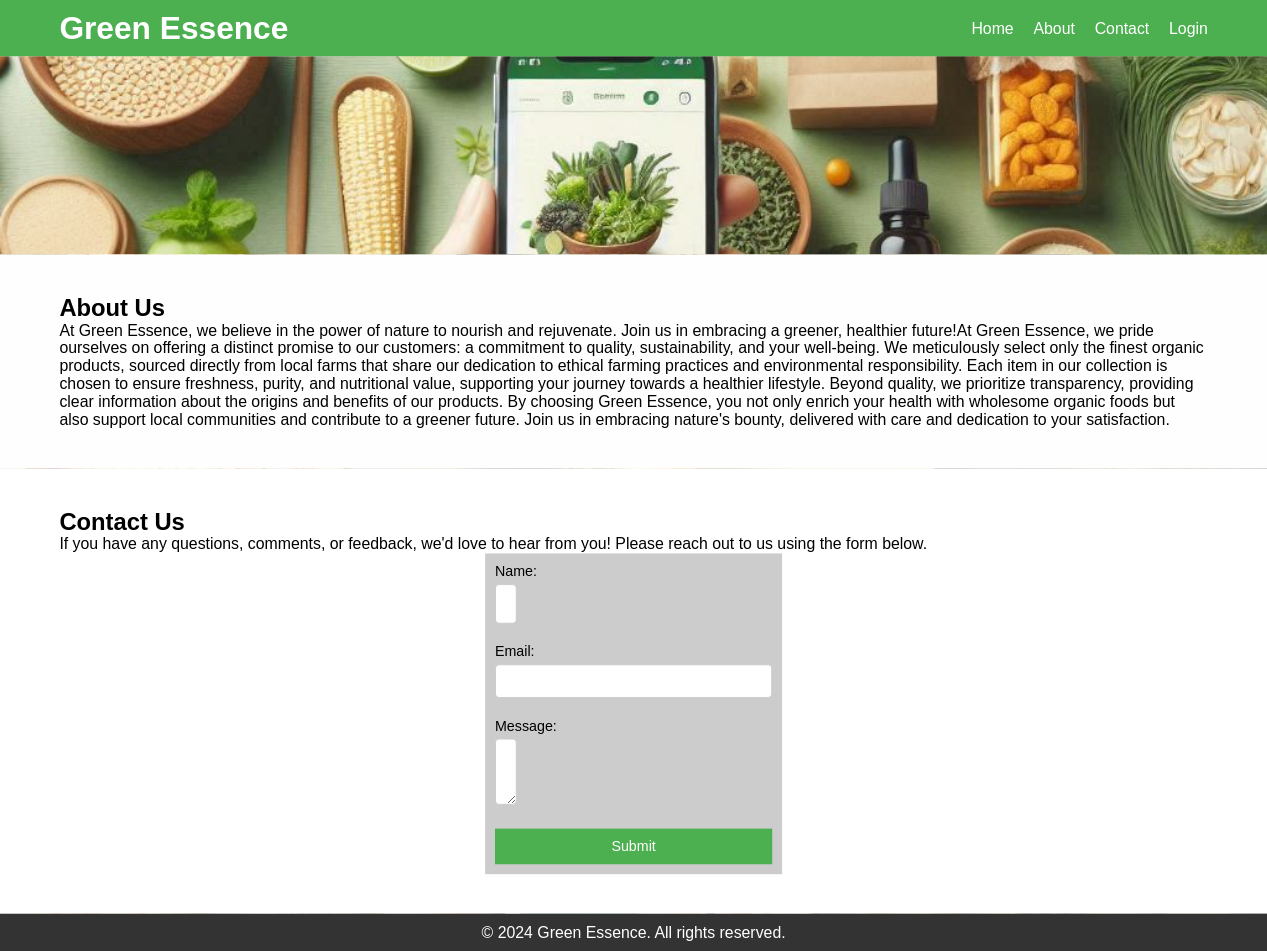
Repository: niki3210/Sahyadri
Page: Projectorganic/index.html
These files come from the project's save history. The page is drawn as it stood at one moment and after the next save; the edit follows.
The browser window is 1280 px wide. The pictures show the whole page, at 99% of full size.
Backgrounds fixed to the window are drawn as part of the page.

Above is the page before, as saved 2024-06-21 18:36:42.

After the next save:
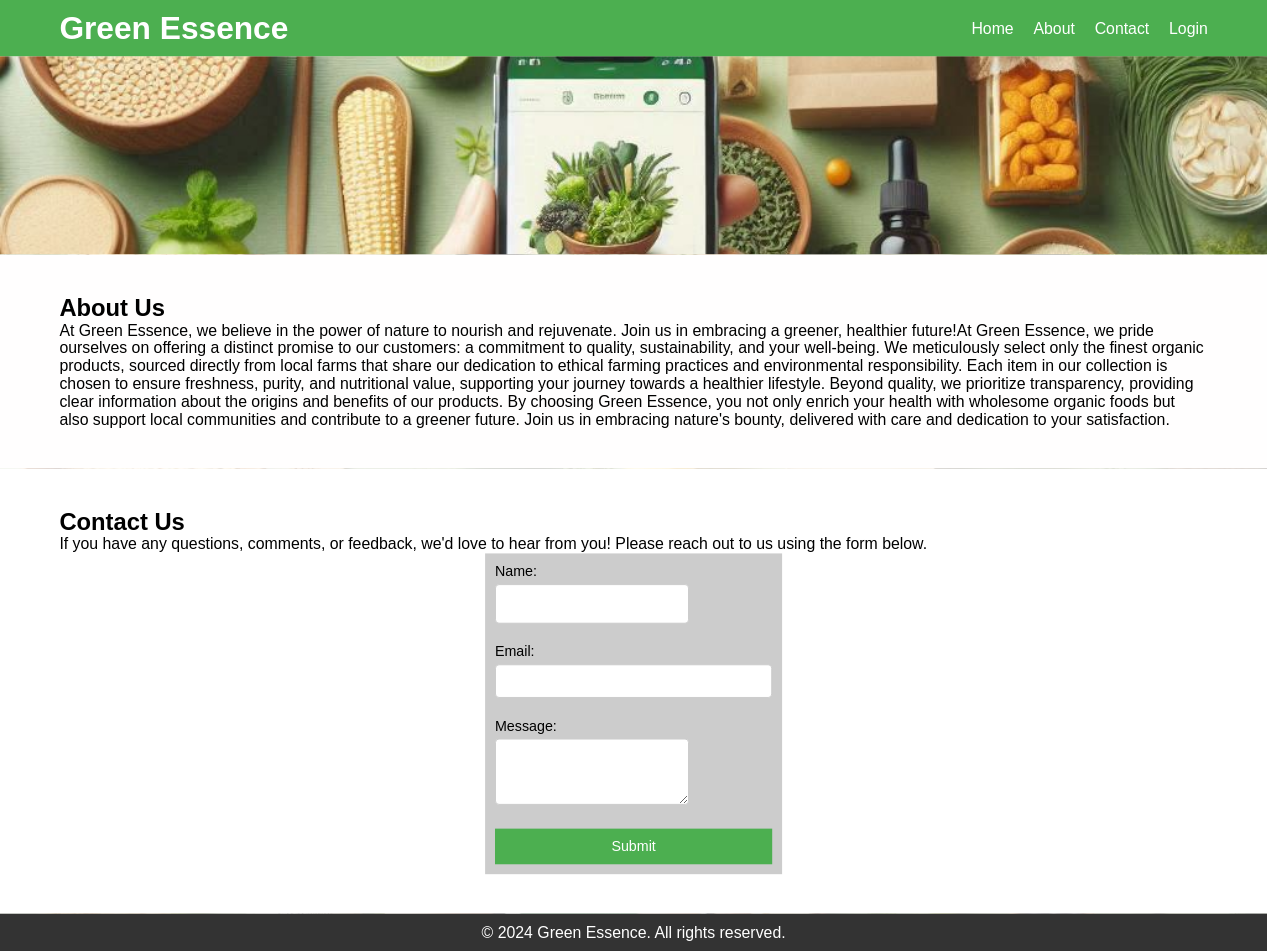
Saved 1 s later.
--- a/Projectorganic/styles.css
+++ b/Projectorganic/styles.css
@@ -121,7 +121,7 @@ label {
 input[type="text"],
 input[type="email"],
 textarea {
-    width: 0%;
+    width: 70%;
     padding: 10px;
     margin-bottom: 10px;
     border: 1px solid #ccc;
